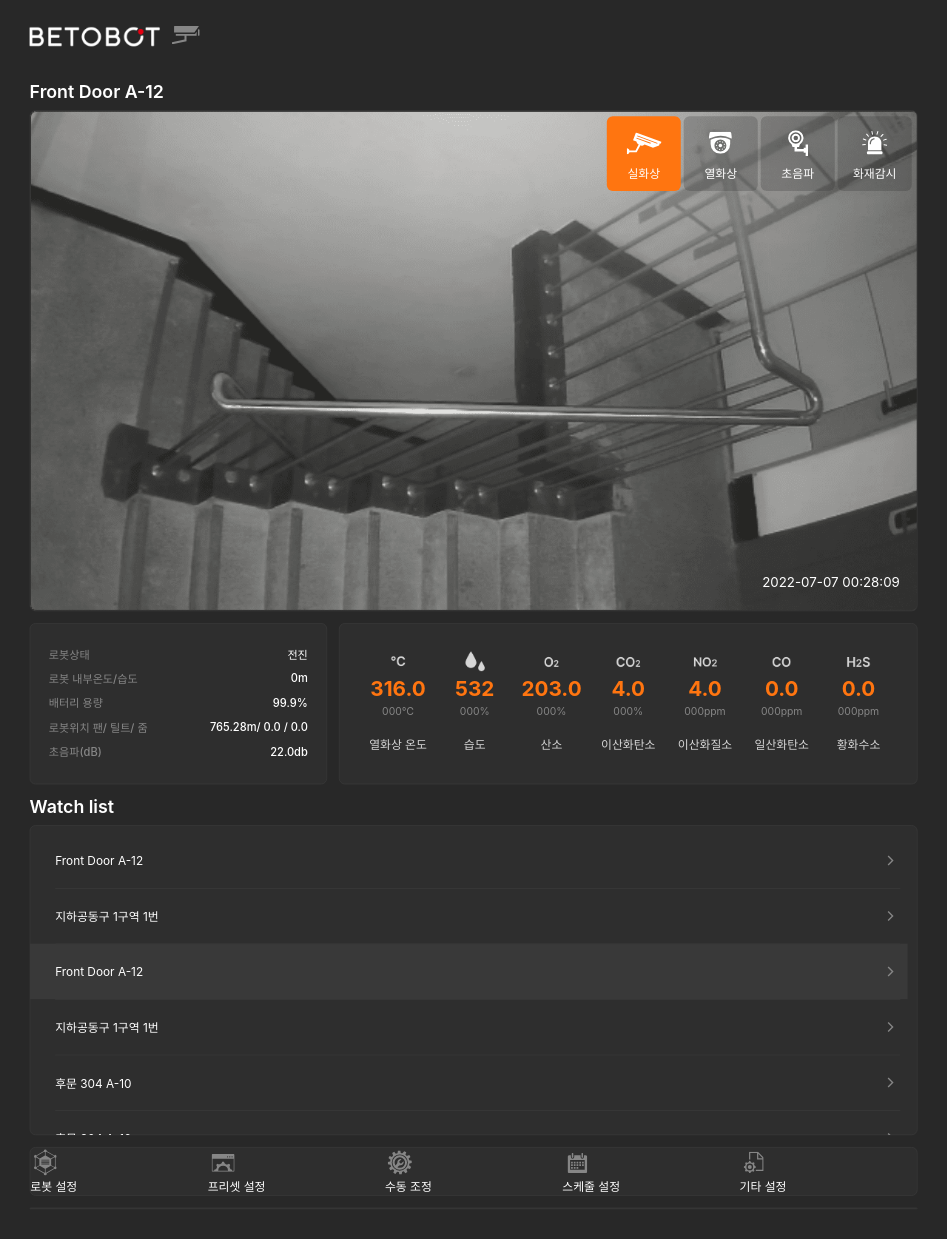
Repository: jang0ha/betobot
Page: content/main/main.html
An editor plug-in stored every save of this project. The page is shown before and after the next save, followed by the edit.
The browser window is 1280 px wide. The pictures show the whole page, at 74% of full size.
An inner scrolling area shows only its first screen. Some web fonts or font styles are not loaded; a fallback is used. The style sheet was rebuilt from its Sass, Less or Tailwind sources for each picture, by a compiler version that may differ from the author's.

Above is the page before, as saved 2022-07-13 10:28:02.

After the next save:
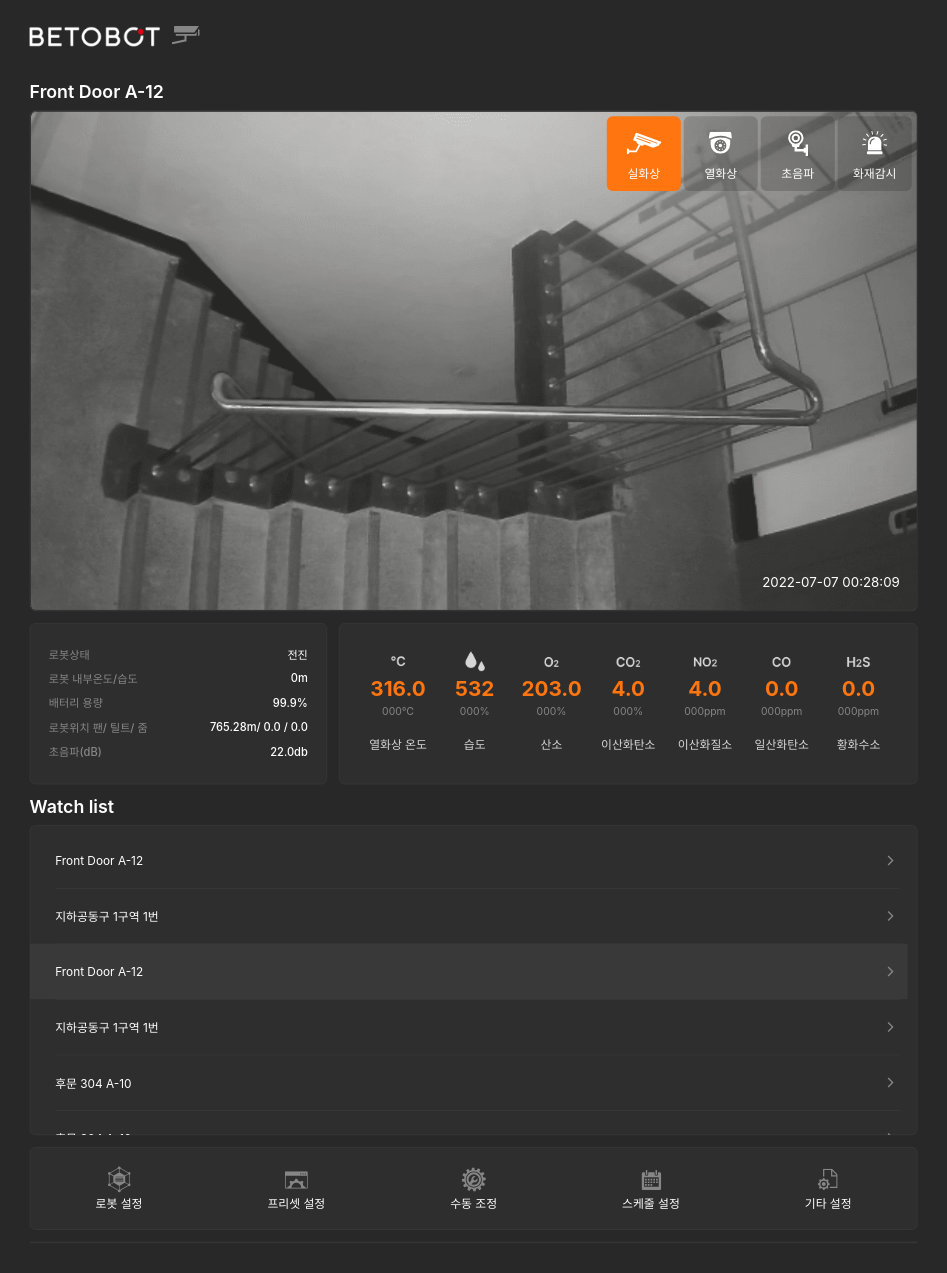
Saved 101 s later.
--- a/resources/scss/style.scss
+++ b/resources/scss/style.scss
@@ -260,7 +260,13 @@
         display: grid;
         grid-template-columns: 1fr 1fr 1fr 1fr 1fr;
         li{
-
-        }
-    }
-}
+            a{
+                display: flex;
+                flex-direction: column;
+                align-items: center;
+                justify-content: center;
+                padding:23px 0;
+            }
+        }
+    }
+}
